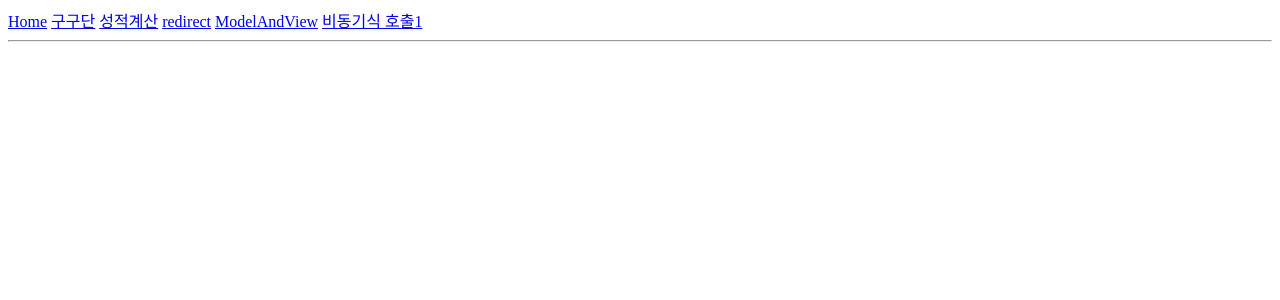
Repository: EunhaKyeong/studyRepo
Page: http://localhost/tutorial/ajax.do
An editor plug-in stored every save of this project. The page is shown before and after the next save, followed by the edit.
The browser window is 1280 px wide. The pictures show the whole page.
The page is served by Tomcat 9.

Above is the page before, as saved 2020-12-05 16:02:56.
Console error: ReferenceError: $ is not defined

After the next save:
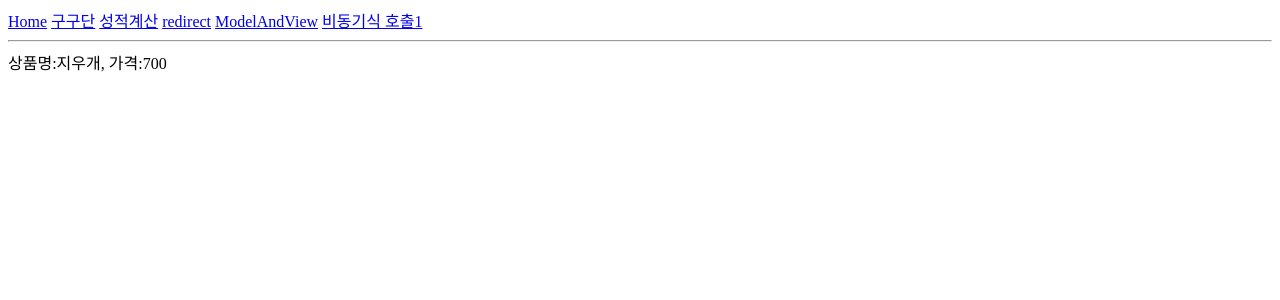
The error is gone.
Saved 56 s later.
--- a/SPRING/spring/tutorial/src/main/webapp/WEB-INF/views/test/ajax.jsp
+++ b/SPRING/spring/tutorial/src/main/webapp/WEB-INF/views/test/ajax.jsp
@@ -5,7 +5,7 @@
 <head>
 <meta charset="UTF-8">
 <title>Insert title here</title>
-<script rel="javascript" type="text/javascript" href="../../../resources/js/jquery-3.5.1.min.js"></script>
+<script src="https://code.jquery.com/jquery-3.5.1.min.js"></script>
 </head>
 <body>
 	<jsp:include page="../include/menu.jsp" />
